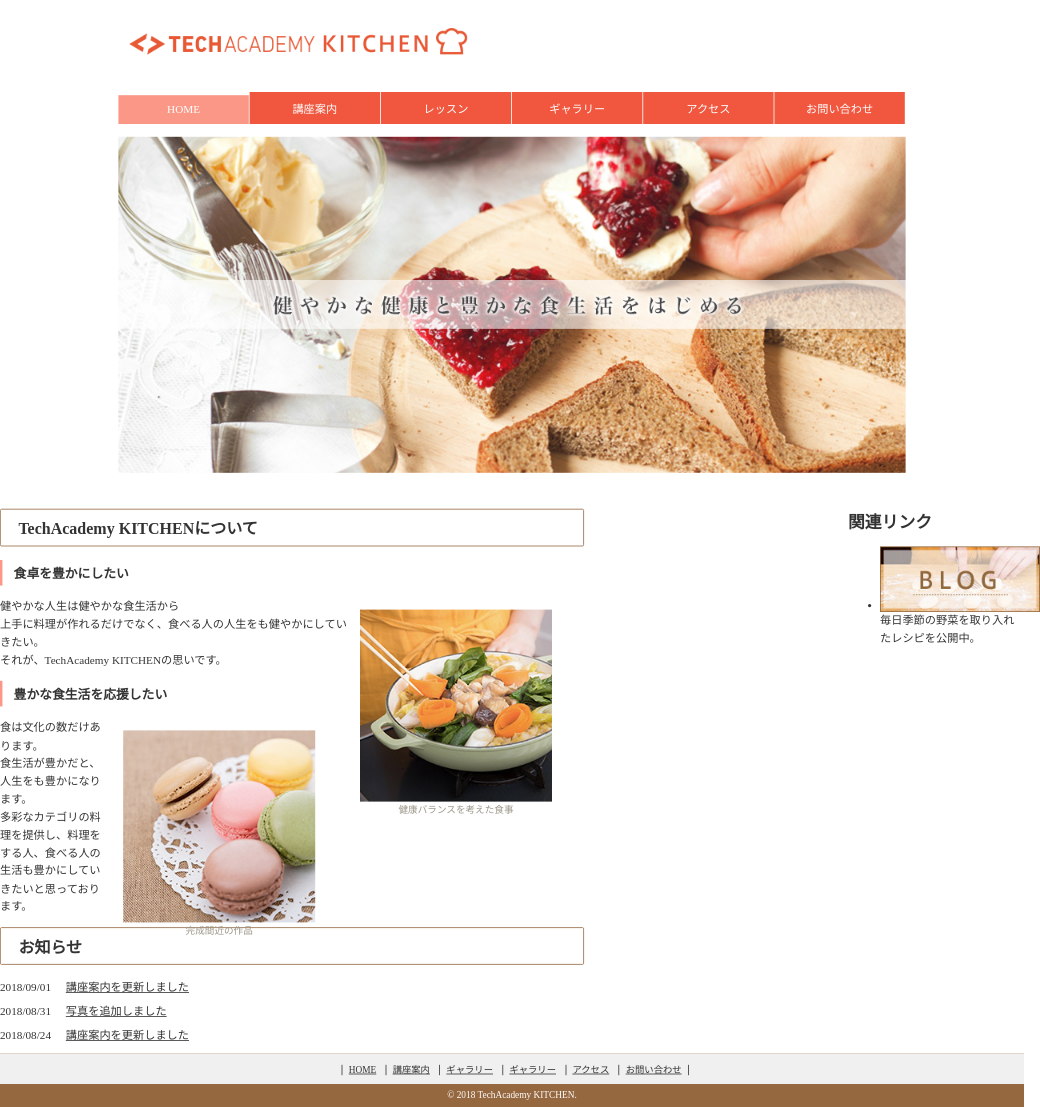
Repository: TS1234567/message-board2
Page: kitchen.html
The author's editor kept a record of every edit. The page is drawn from the files as they stood at one moment, then again after the next edit.
The browser window is 1280 px wide. The page is 1300 px wide, so the pictures cover 1300 px, including what lies to the right of the window. The pictures show the whole page, at 80% of full size.

Above is the page before.

### kitchen.html
<!DOCTYPE html>
<html lang="ja">
    <head>
        <meta charset="UTF-8">
        <title>TechAcademy KTCHEN</title>
        <link rel="stylesheet" href="kitchen.css">
    </head>
    <body>

        <header>
            <h1><a href="kitchen.html"><img src="images_kitchen/logo.png" alt="TechAcademy KITCHEN"></a></h1>
            <nav id="global_navi">
                <ul>
                    <li class="current"><a href="kitchen.html">HOME</a></li>
                    <li><a href="course.html">講座案内</a></li>
                    <li><a href="lesson.html">レッスン</a></li>
                    <li><a href="gallery.html">ギャラリー</a></li>
                    <li><a href="access.html">アクセス</a></li>
                    <li><a href="contact.html">お問い合わせ</a></li>
                </ul>
            </nav>
        </header>
        <div id="main_visual">
            <img src="images_kitchen/main_visual.jpg" alt="健やかな健康と豊かな食生活をはじめる">
        </div>
        <div id="wrappeer" class="clearfix">
            <div id="main">
                <section id="point">
                <h2>TechAcademy KITCHENについて</h2>
                <section>
                    <h3>食卓を豊かにしたい</h3>
                        <figure>
                            <img src="images_kitchen/photo01.jpg" alt="TechAcademy KITCHENについて1">
                            <figcaption>健康バランスを考えた食事</figcaption>
                        </figure>
                        <p>
                            健やかな人生は健やかな食生活から<br>
                            上手に料理が作れるだけでなく、食べる人の人生をも健やかにしていきたい。<br>
                            それが、TechAcademy KITCHENの思いです。
                        </p>
                </section>
                <section>
                    <h3>豊かな食生活を応援したい</h3>
                    <figure>
                        <img src="images_kitchen/photo02.jpg" alt="TechAcademy KITCHENについて2">
                        <figcaption>完成間近の作品</figcaption>
                    </figure>
                    <p>
                       食は文化の数だけあります。<br>
                       食生活が豊かだと、人生をも豊かになります。<br>
                       多彩なカテゴリの料理を提供し、料理をする人、食べる人の生活も豊かにしていきたいと思っております。
                    </p>
                </section>
                </section>
                <section id="news">
                    <h2>お知らせ</h2>
                    <ul>
                        <li>
                            <span>2018/09/01</span>
                            <a href="course.html">講座案内を更新しました</a>
                        </li>
                        <li>
                            <span>2018/08/31</span>
                            <a href="gallery.html">写真を追加しました</a>
                        </li>
                        <li>
                            <span>2018/08/24</span>
                            <a href="course.html">講座案内を更新しました</a>
                        </li>
                    </ul>
                </section>
            </div>
            <aside id="sidebar">
                <section id="side_baner">
                    <h2>関連リンク</h2>
                    <ul>
                        <li>
                            <a href="https://techacademy.jp/magazine/" target="_blank"><img src="images_kitchen/banner01.jpg" alt="ブログ"></a>
                            <p>毎日季節の野菜を取り入れたレシピを公開中。</p>
                        </li>
                    </ul>
                </section>
            </aside>

        </div>
        <footer>
            <div id="footer_navi">
                <ul>
                    <li><a href="kitchen.html">HOME</a></li>
                    <li><a href="course.html">講座案内</a></li>
                    <li><a href="lesson.html">ギャラリー</a></li>
                    <li><a href="gallery.html">ギャラリー</a></li>
                    <li><a href="access.html">アクセス</a></li>
                    <li><a href="contact.html">お問い合わせ</a></li>
                </ul>
            </div>
            <small>&copy; 2018 TechAcademy KITCHEN.</small>
        </footer>
    </body>
</html>

### kitchen.css
@charset "UTF-8";

body {
    margin: 0;
    padding: 0;
    color: #333;
    font-size: 14px;
}

a {
    color: #333;
}

a:visited {
    color: #333;
}

a:hover {
    color: #333;
    font-weight: 700;
    text-decoration: none;
}

h1,h2,h3,h4,h5,h6 {
    margin-top: 0;
}

p {
    margin-top: 0;
    line-height: 1.6;
}

img {
    vertical-align: bottom;
}

#main h2 {
    background: #fff;
    font-size: 20px;
    padding: 8px 22px;
    border-radius: 2px;
    border: 1px solid #956840;
}

#main h3 {
    font-size: 16px;
    border-left: solid 3px #fa9786;
    padding: 4px 9px 4px 14px;
}

header {
    width: 984px;
    margin: 0 auto;
}

header h1 {
    margin: 5px 0 10px;
}

#global_navi {
    margin-bottom: 16px;
}

#global_navi ul {
    font-size: 0;
    list-style: none;
    margin: 0;
    padding: 0;
}

#global_navi ul li {
    font-size: 14px;
    display: inline-block;
    width: 163px;
    margin-right: 1px;
    text-align: center;
}

#global_navi ul li a {
    display: block;
    padding: 10px 16px;
    background-color: #f0573e;
    color: #fff;
    text-decoration: none;
    transition: background-color .2s linear;
}

#global_navi ul li.current a {
    background-color: #fa9786;
}

#global_navi ul li a:hover {
    background-color: #fa9786;
}

#main_visual {
    width: 984px;
    height: 440px;
    margin: 0 auto 25px;
}

#wrapper {
    width: 984px;
    margin: 0 auto;
}

#main {
    width: 730px;
    float: left;
}

#sidebar {
    width: 220px;
    float: right;
}

.clearfix::after {
    content: '';
    display: block;
    clear: both;
}

#point figure {
    float: right;
    margin-left: 16px;
}

#point figcaption {
    font-size: 12px;
    color: #9C9689;
    text-align: center;
}

#news ul {
    list-style: none;
    padding: 0;
}

#news li {
    margin-bottom: 10px;
}

#news li a {
    margin-left: 15px;
}

#side_banner ul {
    list-style: none;
    padding: 0;
}

#side_banner {
    margin-bottom: 30px;
    border: 1px solid #956840;
    text-align: center;
}

#side_banner h2 {
    background-color: #956840;
    color: #fff;
    padding: 7px;
    font-size: 14px;
    text-align: center;
}

footer #footer_navi ul {
    list-style: none;
    margin: 0;
    padding: 0;
    text-align: center;
}

footer {
    background-color: #956840;
    text-align: center;
}

footer #footer_navi {
    background-color : #f0f0f0;
    padding: 10px 0;
}

footer #footer_navi li {
    display: inline;
    border-left: solid 1px #333;
    margin-left: 8px;
    padding-left: 8px;
    font-size: smaller;
}

footer #footer_navi li:last-child {
    border-right: solid 1px #333;
    padding: 0 8px;
}

footer small {
    display: block;
    padding: 8px 0;
    color: #fff;
}

After the next edit:
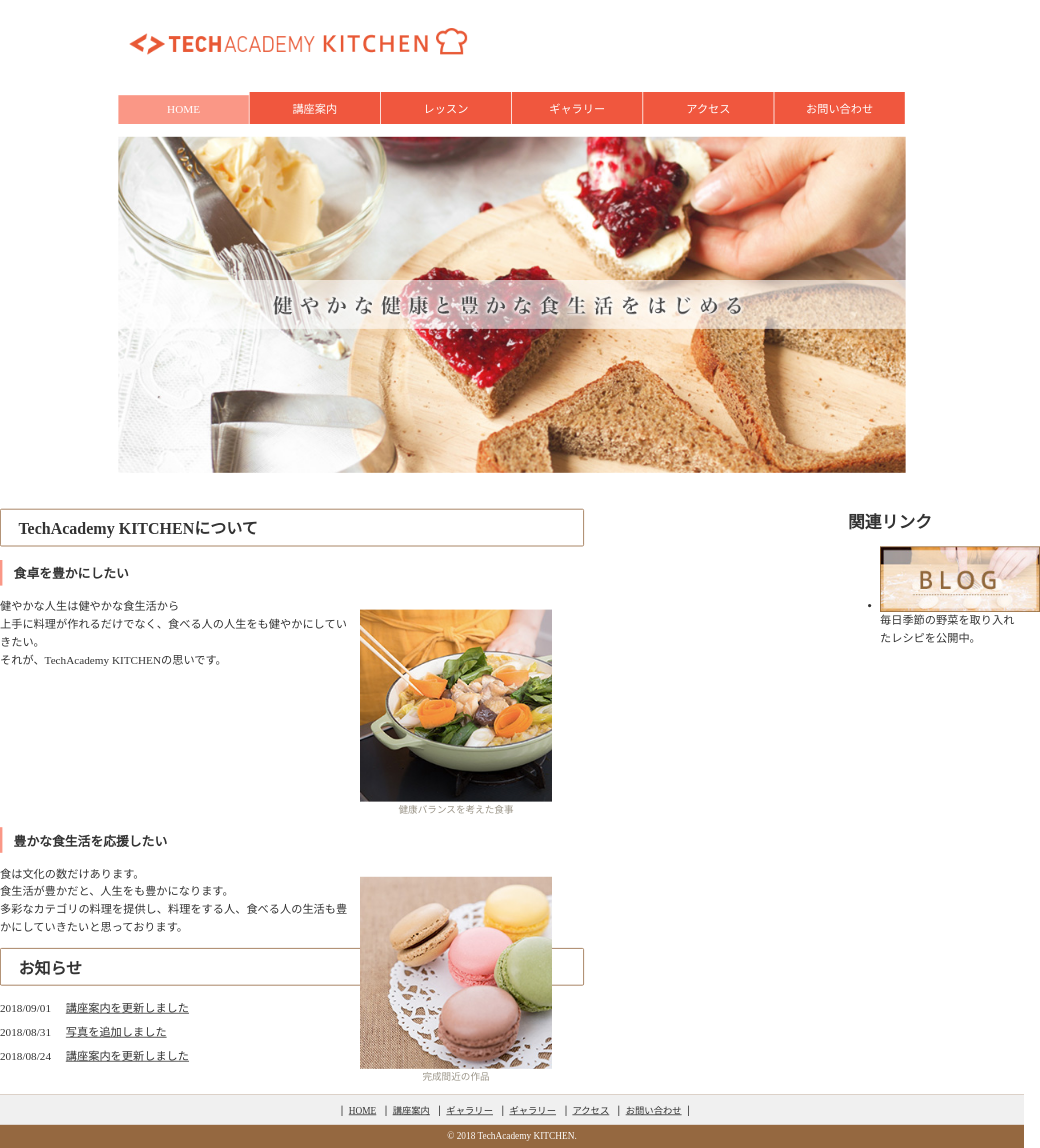
The edit:
--- a/kitchen.html
+++ b/kitchen.html
@@ -27,7 +27,7 @@
             <div id="main">
                 <section id="point">
                 <h2>TechAcademy KITCHENについて</h2>
-                <section>
+                <section class="clearfix">
                     <h3>食卓を豊かにしたい</h3>
                         <figure>
                             <img src="images_kitchen/photo01.jpg" alt="TechAcademy KITCHENについて1">
